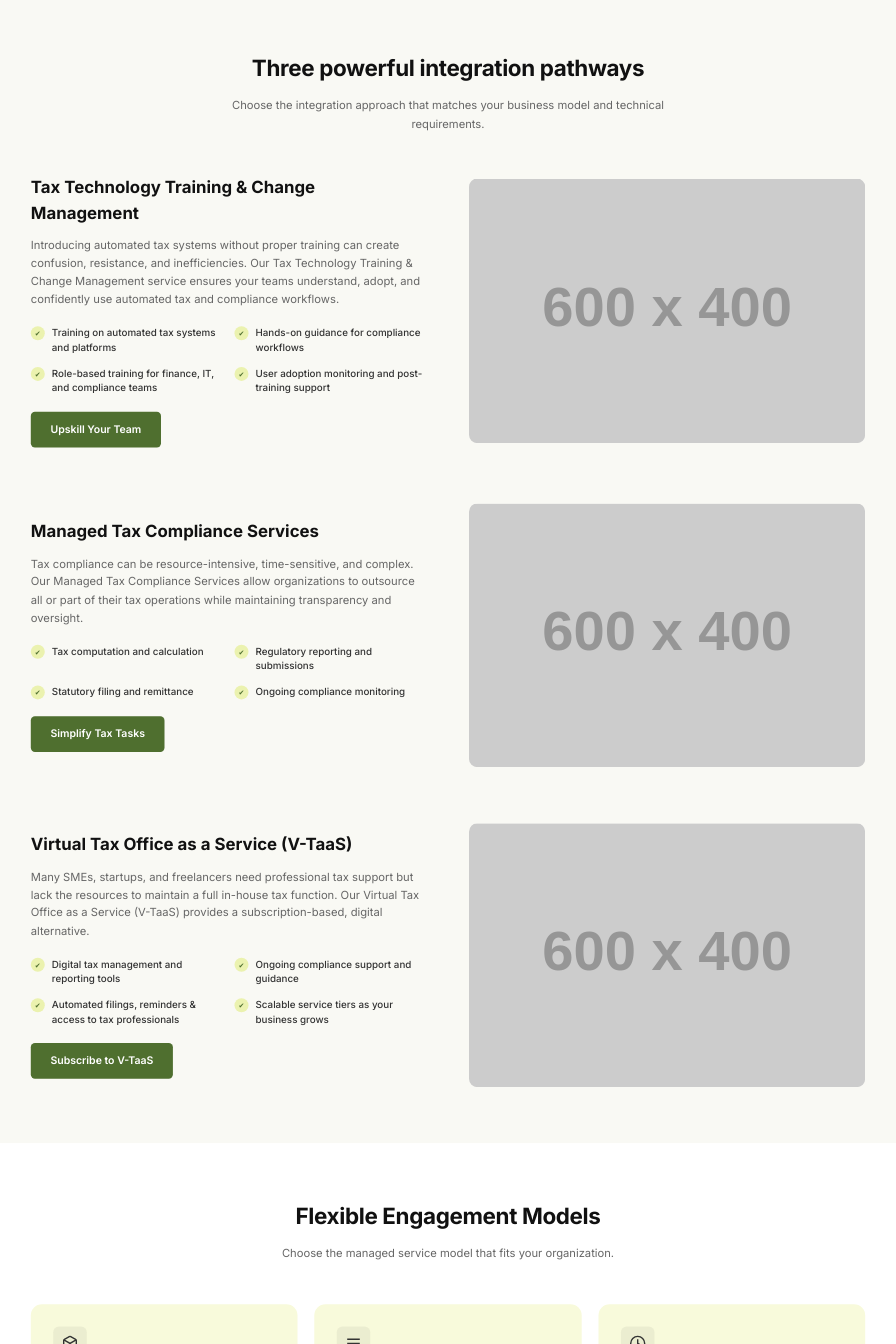
Repository: Opawumi/work_merate
Page: managed.html
The author's editor kept a copy of each file at every save. The page is drawn from the files as they stood at one save, then again after a run of saves.
The browser window is 1280 px wide. The pictures show the part of the page from y = 1263 to 3183 px (the page is 5359 px tall before and 5386 px after), at 70% of full size.

Above is the page before, as saved 2026-02-02 11:38:23.

### managed.html
<!DOCTYPE html>
<html lang="en">
<head>
    <meta charset="UTF-8">
    <meta name="viewport" content="width=device-width, initial-scale=1.0">
    <title>Managed Services - WorkMerate</title>
    <link rel="stylesheet" href="managed.css">
    <link rel="preconnect" href="https://fonts.googleapis.com">
    <link rel="preconnect" href="https://fonts.gstatic.com" crossorigin>
    <link href="https://fonts.googleapis.com/css2?family=Inter:wght@400;500;600;700;800&display=swap" rel="stylesheet">
</head>
<body>

    <nav class="navbar">
        <div class="container nav-wrapper">
            <a href="#" class="logo">
                W<span class="bag-icon"></span>rkMerate
            </a>

            <ul class="nav-menu">
                <li><a href="#" class="nav-link">Agentic AI</a></li>
                <li>
                    <a href="#" class="nav-link active">
                        Services
                        <svg class="chevron" viewBox="0 0 24 24" fill="none" stroke="currentColor" stroke-width="2" stroke-linecap="round" stroke-linejoin="round"><polyline points="6 9 12 15 18 9"></polyline></svg>
                    </a>
                </li>
                <li>
                    <a href="#" class="nav-link">
                        Modules
                        <svg class="chevron" viewBox="0 0 24 24" fill="none" stroke="currentColor" stroke-width="2" stroke-linecap="round" stroke-linejoin="round"><polyline points="6 9 12 15 18 9"></polyline></svg>
                    </a>
                </li>
                <li><a href="#" class="nav-link">Pricing</a></li>
                <li>
                    <a href="#" class="nav-link">
                        Resources
                        <svg class="chevron" viewBox="0 0 24 24" fill="none" stroke="currentColor" stroke-width="2" stroke-linecap="round" stroke-linejoin="round"><polyline points="6 9 12 15 18 9"></polyline></svg>
                    </a>
                </li>
                <li><a href="#" class="nav-link">About us</a></li>
            </ul>

            <div class="nav-actions">
                <a href="#" class="login-link">Login</a>
                <a href="#" class="btn-nav">Try it Free</a>
            </div>
        </div>
    </nav>

    <section class="hero-section">
        <div class="hero-bg-pattern"></div>

        <div class="container hero-container">

            <div class="hero-content">
                <div class="breadcrumbs">
                    <span class="crumb-gray">Services</span>
                    <svg class="crumb-arrow" viewBox="0 0 24 24"><path d="M10 6L8.59 7.41 13.17 12l-4.58 4.59L10 18l6-6z"/></svg>
                    <span class="crumb-current">Managed Services</span>
                </div>

                <h1>Empower Your Teams.<br>Outsource With Confidence.<br>Scale Without Friction.</h1>

                <p class="hero-description">
                    Sustainable tax compliance requires more than systems and strategies, it requires
                    people who understand the tools, processes that scale, and support that adapts as
                    your business grows.
                </p>

                <div class="hero-buttons">
                    <a href="#" class="btn-hero-primary">Talk to Our Team</a>
                    <a href="#" class="btn-hero-secondary">Explore Service Options</a>
                </div>
            </div>

            <div class="hero-image-wrapper">
                <img src="./assets/managed-main.png" alt="Team working together with sticky notes">
            </div>

        </div>
    </section>

    <section class="section-padding bg-white">
        <div class="container">
            <div class="section-header">
                <h2>What We Do</h2>
                <p>Flexible services designed to complement your internal team or act as your tax function entirely.</p>
            </div>
            <div class="grid-3">
                <div class="card-outline">
                    <div class="icon-box-lime"><svg viewBox="0 0 24 24" fill="none" stroke="currentColor" stroke-width="2"><path d="M22 10v6M2 10l10-5 10 5-10 5z"></path><path d="M6 12v5c3 3 9 3 12 0v-5"></path></svg></div>
                    <h3>Build Internal Capabilities</h3>
                    <p>Training and change management for tax technology adoption</p>
                </div>
                <div class="card-outline">
                    <div class="icon-box-lime"><svg viewBox="0 0 24 24" fill="none" stroke="currentColor" stroke-width="2"><rect x="2" y="7" width="20" height="14" rx="2" ry="2"></rect><path d="M16 21V5a2 2 0 0 0-2-2h-4a2 2 0 0 0-2 2v16"></path></svg></div>
                    <h3>Manage Tax Operations</h3>
                    <p>Full or partial outsourcing with complete visibility</p>
                </div>
                <div class="card-outline">
                    <div class="icon-box-lime"><svg viewBox="0 0 24 24" fill="none" stroke="currentColor" stroke-width="2"><path d="M18 10h-1.26A8 8 0 1 0 9 20h9a5 5 0 0 0 0-10z"></path></svg></div>
                    <h3>Digital Tax Office</h3>
                    <p>Subscription-based virtual tax services for growing businesses</p>
                </div>
            </div>
        </div>
    </section>

    <section class="section-padding bg-cream">
        <div class="container">
            <div class="section-header">
                <h2>Three powerful integration pathways</h2>
                <p>Choose the integration approach that matches your business model and technical requirements.</p>
            </div>

            <div class="pathway-row">
                <div class="pathway-text">
                    <h3>Tax Technology Training & Change Management</h3>
                    <p class="mb-6">Introducing automated tax systems without proper training can create confusion, resistance, and inefficiencies. Our Tax Technology Training & Change Management service ensures your teams understand, adopt, and confidently use automated tax and compliance workflows.</p>
                    <ul class="check-grid">
                        <li><span class="check-circle">✔</span> <span>Training on automated tax systems and platforms</span></li>
                        <li><span class="check-circle">✔</span> <span>Hands-on guidance for compliance workflows</span></li>
                        <li><span class="check-circle">✔</span> <span>Role-based training for finance, IT, and compliance teams</span></li>
                        <li><span class="check-circle">✔</span> <span>User adoption monitoring and post-training support</span></li>
                    </ul>
                    <a href="#" class="btn-dark mt-6">Upskill Your Team</a>
                </div>
                <div class="pathway-img">
                    <img src="https://placehold.co/600x400/eeeeee/999999?text=Training+Session" alt="Training session">
                </div>
            </div>

            <div class="pathway-row reverse">
                <div class="pathway-img">
                     <img src="https://placehold.co/600x400/eeeeee/999999?text=Tax+Compliance" alt="Tax compliance">
                </div>
                <div class="pathway-text">
                    <h3>Managed Tax Compliance Services</h3>
                    <p class="mb-6">Tax compliance can be resource-intensive, time-sensitive, and complex. Our Managed Tax Compliance Services allow organizations to outsource all or part of their tax operations while maintaining transparency and oversight.</p>
                    <ul class="check-grid">
                        <li><span class="check-circle">✔</span> <span>Tax computation and calculation</span></li>
                        <li><span class="check-circle">✔</span> <span>Regulatory reporting and submissions</span></li>
                        <li><span class="check-circle">✔</span> <span>Statutory filing and remittance</span></li>
                        <li><span class="check-circle">✔</span> <span>Ongoing compliance monitoring</span></li>
                    </ul>
                    <a href="#" class="btn-dark mt-6">Simplify Tax Tasks</a>
                </div>
            </div>

            <div class="pathway-row">
                <div class="pathway-text">
                    <h3>Virtual Tax Office as a Service (V-TaaS)</h3>
                    <p class="mb-6">Many SMEs, startups, and freelancers need professional tax support but lack the resources to maintain a full in-house tax function. Our Virtual Tax Office as a Service (V-TaaS) provides a subscription-based, digital alternative.</p>
                    <ul class="check-grid">
                        <li><span class="check-circle">✔</span> <span>Digital tax management and reporting tools</span></li>
                        <li><span class="check-circle">✔</span> <span>Ongoing compliance support and guidance</span></li>
                        <li><span class="check-circle">✔</span> <span>Automated filings, reminders & access to tax professionals</span></li>
                        <li><span class="check-circle">✔</span> <span>Scalable service tiers as your business grows</span></li>
                    </ul>
                    <a href="#" class="btn-dark mt-6">Subscribe to V-TaaS</a>
                </div>
                <div class="pathway-img">
                     <img src="https://placehold.co/600x400/eeeeee/999999?text=Virtual+Office" alt="Woman working on laptop">
                </div>
            </div>
        </div>
    </section>

    <section class="section-padding bg-white">
        <div class="container">
            <div class="section-header">
                <h2>Flexible Engagement Models</h2>
                <p>Choose the managed service model that fits your organization.</p>
            </div>
            <div class="grid-3">
                <div class="card-yellow">
                    <div class="icon-box-trans"><svg viewBox="0 0 24 24" fill="none" stroke="currentColor" stroke-width="2"><path d="M21 16V8a2 2 0 0 0-1-1.73l-7-4a2 2 0 0 0-2 0l-7 4A2 2 0 0 0 3 8v8a2 2 0 0 0 1 1.73l7 4a2 2 0 0 0 2 0l7-4A2 2 0 0 0 21 16z"></path><polyline points="3.27 6.96 12 12.01 20.73 6.96"></polyline><line x1="12" y1="22.08" x2="12" y2="12"></line></svg></div>
                    <h3>Fully Managed</h3>
                    <p>Complete tax function outsourcing</p>
                    <ul class="bullet-list">
                        <li>End-to-end compliance</li>
                        <li>Full visibility dashboard</li>
                        <li>Dedicated team</li>
                    </ul>
                </div>
                <div class="card-yellow">
                    <div class="icon-box-trans"><svg viewBox="0 0 24 24" fill="none" stroke="currentColor" stroke-width="2"><path d="M3 6h18"></path><path d="M3 12h18"></path><path d="M3 18h18"></path></svg></div>
                    <h3>Co-Managed</h3>
                    <p>Partnership with your internal team</p>
                    <ul class="bullet-list">
                        <li>Shared responsibilities</li>
                        <li>Flexible scope</li>
                        <li>Knowledge transfer</li>
                    </ul>
                </div>
                <div class="card-yellow">
                    <div class="icon-box-trans"><svg viewBox="0 0 24 24" fill="none" stroke="currentColor" stroke-width="2"><circle cx="12" cy="12" r="10"></circle><polyline points="12 6 12 12 16 14"></polyline></svg></div>
                    <h3>Project-Based</h3>
                    <p>Short-term or specific engagements</p>
                    <ul class="bullet-list">
                        <li>Fixed duration</li>
                        <li>Defined deliverables</li>
                        <li>Flexible scaling</li>
                    </ul>
                </div>
            </div>
        </div>
    </section>

    <section class="section-padding bg-cream">
        <div class="container">
            <div class="section-header">
                <h2>Why Businesses Choose Our Managed Services</h2>
                <p>Flexible. Scalable. People-Centric.</p>
            </div>
            <div class="grid-3">
                <div class="card-white">
                    <div class="icon-box-dark"><svg viewBox="0 0 24 24" fill="none" stroke="currentColor" stroke-width="2"><path d="M20 21v-2a4 4 0 0 0-4-4H8a4 4 0 0 0-4 4v2"></path><circle cx="12" cy="7" r="4"></circle></svg></div>
                    <h3>People-centric approach</h3>
                    <p>Focus on capability building, not just outsourcing</p>
                </div>
                <div class="card-white">
                    <div class="icon-box-dark"><svg viewBox="0 0 24 24" fill="none" stroke="currentColor" stroke-width="2"><rect x="4" y="4" width="16" height="16" rx="2" ry="2"></rect><rect x="9" y="9" width="6" height="6"></rect></svg></div>
                    <h3>Technology-enabled delivery</h3>
                    <p>Modern tools and digital workflows</p>
                </div>
                <div class="card-white">
                    <div class="icon-box-dark"><svg viewBox="0 0 24 24" fill="none" stroke="currentColor" stroke-width="2"><path d="M1 12s4-8 11-8 11 8 11 8-4 8-11 8-11-8-11-8z"></path><circle cx="12" cy="12" r="3"></circle></svg></div>
                    <h3>Full visibility</h3>
                    <p>Clear insight into all compliance activities</p>
                </div>
                <div class="card-white">
                    <div class="icon-box-dark"><svg viewBox="0 0 24 24" fill="none" stroke="currentColor" stroke-width="2"><polyline points="23 6 13.5 15.5 8.5 10.5 1 18"></polyline><polyline points="17 6 23 6 23 12"></polyline></svg></div>
                    <h3>Scalable models</h3>
                    <p>Services that grow with your business</p>
                </div>
                <div class="card-white">
                    <div class="icon-box-dark"><svg viewBox="0 0 24 24" fill="none" stroke="currentColor" stroke-width="2"><path d="M12 22s8-4 8-10V5l-8-3-8 3v7c0 6 8 10 8 10z"></path></svg></div>
                    <h3>Reduced risk</h3>
                    <p>Lower compliance stress and exposure</p>
                </div>
                <div class="card-white">
                    <div class="icon-box-dark"><svg viewBox="0 0 24 24" fill="none" stroke="currentColor" stroke-width="2"><path d="M12 2l3.09 6.26L22 9.27l-5 4.87 1.18 6.88L12 17.77l-6.18 3.25L7 14.14 2 9.27l6.91-1.01L12 2z"></path></svg></div>
                    <h3>Expert support</h3>
                    <p>Access to tax professionals on-demand</p>
                </div>
            </div>
        </div>
    </section>

    <section class="section-padding bg-white">
        <div class="container">
            <div class="cta-banner">
                <h2>Build Capacity Today. Scale With Confidence Tomorrow.</h2>
                <p>Whether you need to train your team, outsource tax operations, or adopt a virtual tax office, we provide the support structure your business needs to operate and grow compliantly.</p>
                <div class="cta-actions">
                    <a href="#" class="btn-dark">Talk to Managed Services Team</a>
                    <a href="#" class="btn-text-link">Explore All Options</a>
                </div>
            </div>
        </div>
    </section>

    <footer class="footer-section">
        <div class="container">
            <div class="footer-top">
                <div class="footer-brand">
                    <a href="#" class="logo">W<span class="bag-icon"></span>rkMerate</a>
                    <p class="tagline">Smart. Secure. Simplified.</p>
                    <div class="contact-details">
                        <p><strong>USA Customer Support:</strong><br>(+1) 256 441 3090</p>
                        <p><strong>NGA Customer Support:</strong><br>(+234) 907 713 7167</p>
                        <p><strong>Email:</strong><br>support@workmerate.ng.com</p>
                    </div>
                </div>
                <div class="footer-links-grid">
                    <div>
                        <h4>Services</h4>
                        <ul><li><a href="#">Tax Automation</a></li><li><a href="#">ERP Integration</a></li><li><a href="#">Regulatory Reporting</a></li></ul>
                    </div>
                    <div>
                        <h4>Modules</h4>
                        <ul><li><a href="#">Human Resources</a></li><li><a href="#">Financial Management</a></li><li><a href="#">Tax Management</a></li></ul>
                    </div>
                    <div>
                        <h4>Resources</h4>
                        <ul><li><a href="#">Compliance Loss</a></li><li><a href="#">State IRS</a></li><li><a href="#">Tax Laws</a></li></ul>
                    </div>
                    <div>
                        <h4>Other Links</h4>
                        <ul><li><a href="#">About Us</a></li><li><a href="#">Pricing</a></li><li><a href="#">Contact Us</a></li></ul>
                    </div>
                </div>
            </div>
            <hr>
            <div class="footer-newsletter">
                <div class="nl-text">
                    <h3>Subscribe to our newsletter</h3>
                    <p>Stay informed with the latest news, updates, and resources.</p>
                </div>
                <div class="nl-form">
                    <input type="email" placeholder="Enter your email">
                    <button class="btn-dark">Subscribe</button>
                </div>
            </div>
            <hr>
            <div class="footer-bottom">
                <p>&copy; 2025 WorkMerate - All rights reserved</p>
                <div class="badges">
                     <span style="color:#4F6F2F; font-weight:bold; letter-spacing:1px; font-size:18px;">NiTDA</span>
                </div>
            </div>
        </div>
    </footer>

</body>
</html>

Loaded but not shown: managed.css (375 lines, source omitted)

After the next 5 saves:
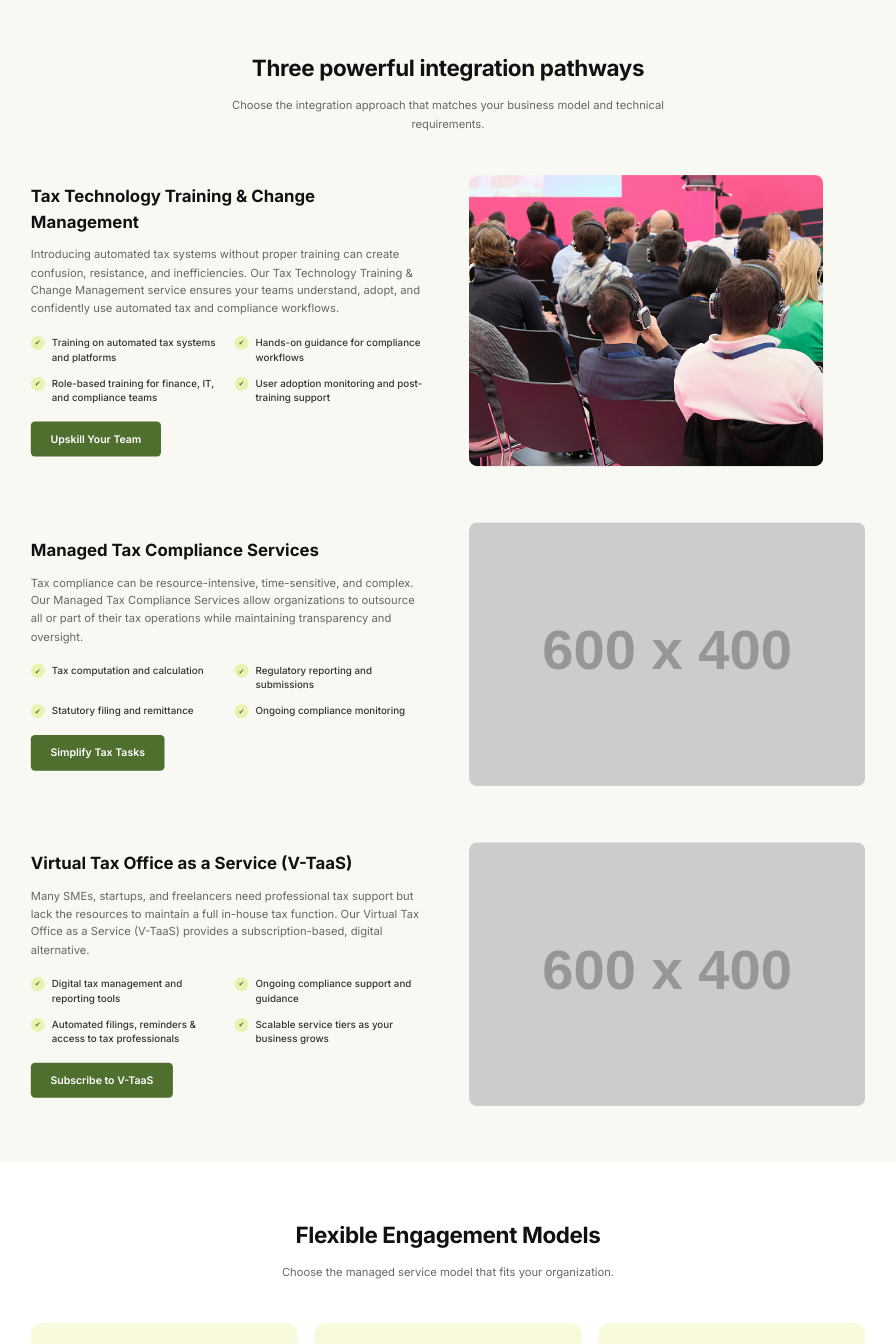
The 5 saves are shown as one change because they came seconds apart.
The last was saved 3 min 40 s later.
--- a/managed.html
+++ b/managed.html
@@ -127,7 +127,7 @@
                     <a href="#" class="btn-dark mt-6">Upskill Your Team</a>
                 </div>
                 <div class="pathway-img">
-                    <img src="https://placehold.co/600x400/eeeeee/999999?text=Training+Session" alt="Training session">
+                    <img src="./assets/managed-one.png" alt="Training session">
                 </div>
             </div>
 
